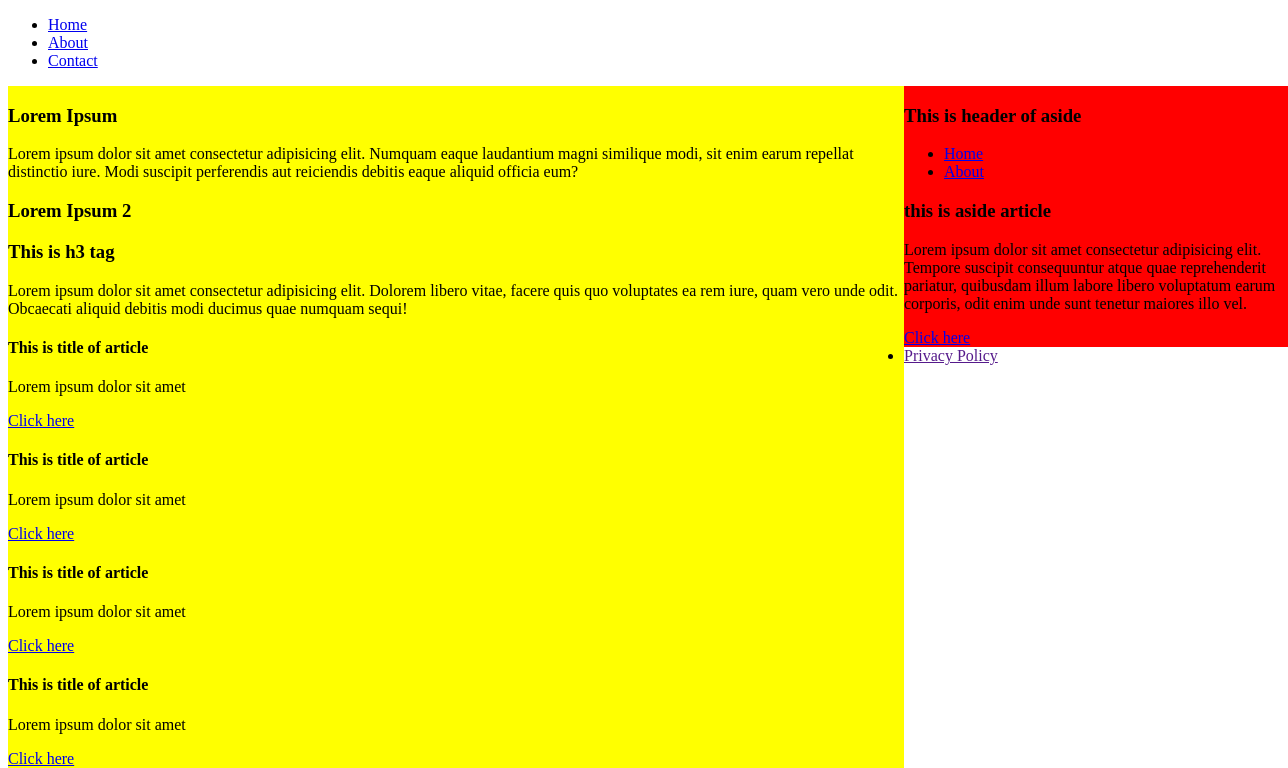
Repository: fisikusari/test-repo
Page: index.html
The author's editor kept a copy of each file at every save. The page is drawn from the files as they stood at one save, then again after the next save.
The browser window is 1280 px wide. The page is 1288 px wide, then 1280 px, so the pictures cover 1288 px, including what lies to the right of the window. The pictures show the whole page.

Above is the page before, as saved 2021-11-11 18:26:23.

After the next save:
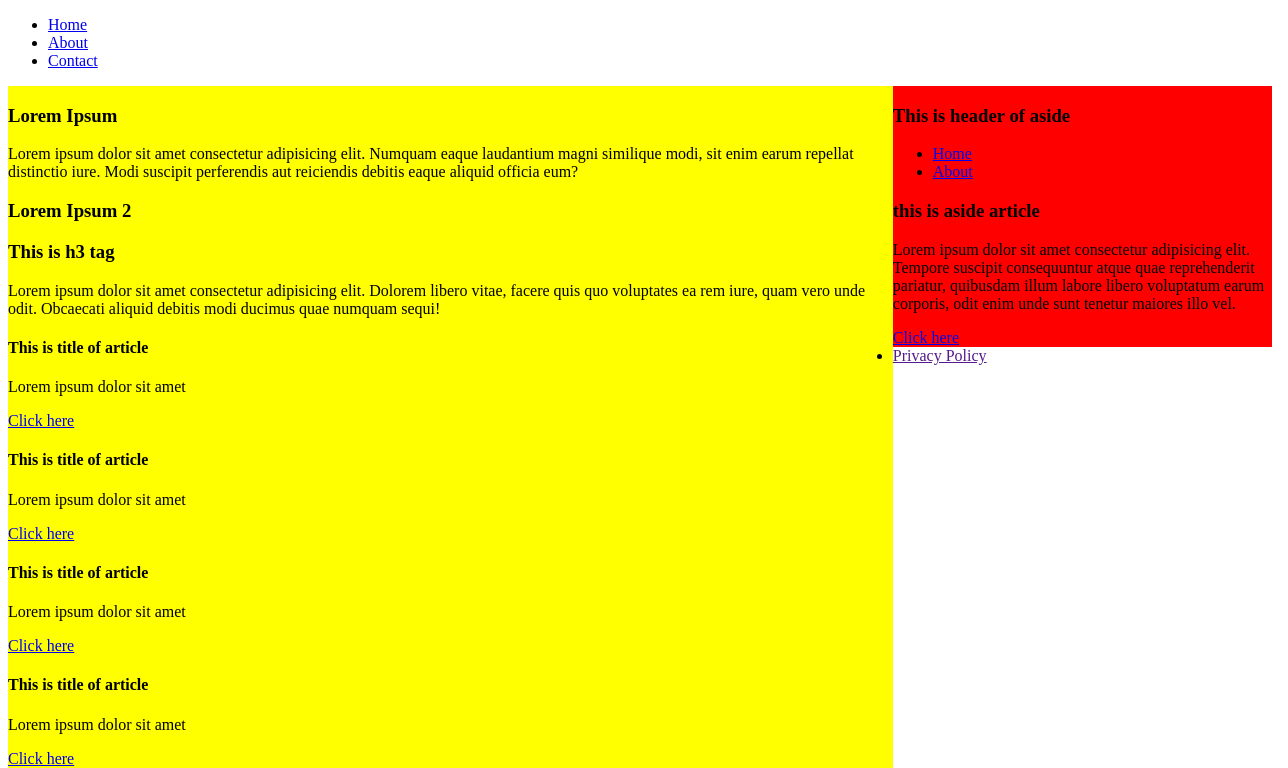
Saved 10 s later.
--- a/index.html
+++ b/index.html
@@ -21,11 +21,6 @@
     width: 100%;
   }
 
-  body {
-    width: 100%;
-    height: auto;
-    display: block;
-  }
 
   .main {
     display: block;
